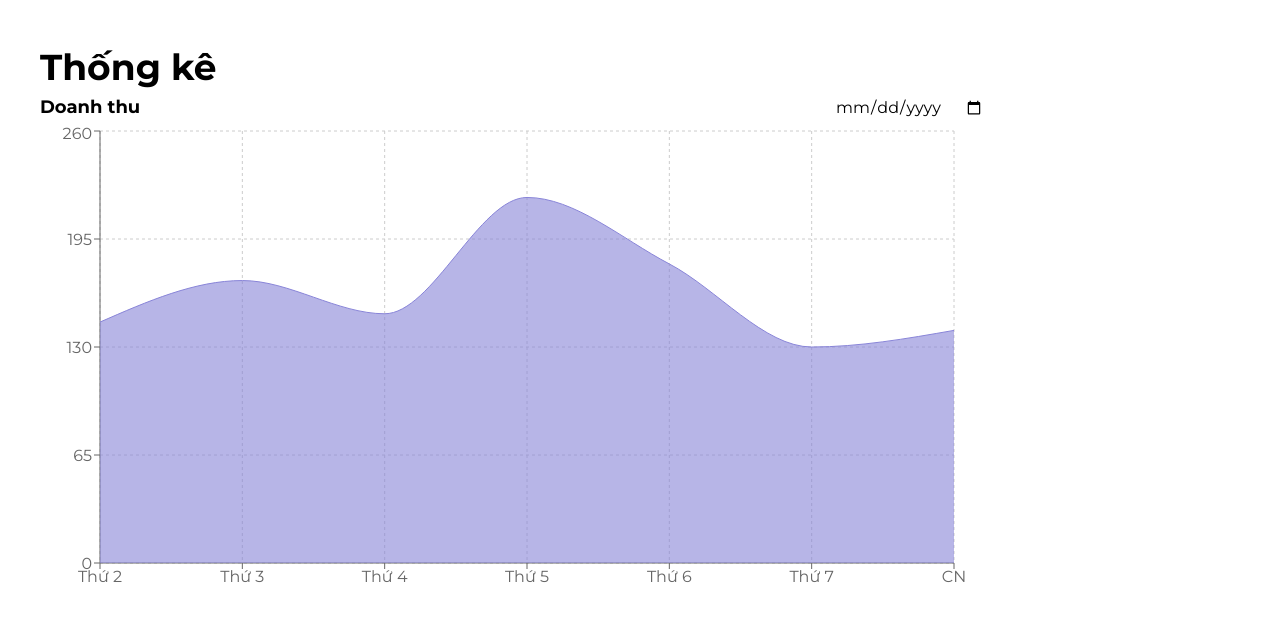
Repository: iphoneboy46/AltaMediaCMS
Page: /
These files come from the project's save history. The page is drawn as it stood at one moment and after the next save; the edit follows.
The browser window is 1280 px wide. The pictures show the whole page.
Some web libraries are served in a nearby version. The project was rebuilt for these pictures with package versions that can differ from the ones it lists, and the page was loaded fresh each time.

Above is the page before, as saved 2023-03-26 22:12:44.

### public/index.html
<!DOCTYPE html>
<html lang="en">
  <head>
    <meta charset="utf-8" />
    <link rel="icon" href="%PUBLIC_URL%/favicon.ico" />
    <meta name="viewport" content="width=device-width, initial-scale=1" />
    <meta name="theme-color" content="#000000" />
    <meta
      name="description"
      content="Web site created using create-react-app"
    />
    <link rel="apple-touch-icon" href="%PUBLIC_URL%/logo192.png" />
    <!--
      manifest.json provides metadata used when your web app is installed on a
      user's mobile device or desktop. See https://developers.google.com/web/fundamentals/web-app-manifest/
    -->
    <link rel="manifest" href="%PUBLIC_URL%/manifest.json" />
    <!--
      Notice the use of %PUBLIC_URL% in the tags above.
      It will be replaced with the URL of the `public` folder during the build.
      Only files inside the `public` folder can be referenced from the HTML.

      Unlike "/favicon.ico" or "favicon.ico", "%PUBLIC_URL%/favicon.ico" will
      work correctly both with client-side routing and a non-root public URL.
      Learn how to configure a non-root public URL by running `npm run build`.
    -->
    <link rel="stylesheet" href="https://cdnjs.cloudflare.com/ajax/libs/font-awesome/6.3.0/css/all.min.css" integrity="sha512-SzlrxWUlpfuzQ+pcUCosxcglQRNAq/DZjVsC0lE40xsADsfeQoEypE+enwcOiGjk/bSuGGKHEyjSoQ1zVisanQ==" crossorigin="anonymous" referrerpolicy="no-referrer" />
    <title>React App</title>
  </head>
  <body>
    <noscript>You need to enable JavaScript to run this app.</noscript>
    <div id="root"></div>
    <!--
      This HTML file is a template.
      If you open it directly in the browser, you will see an empty page.

      You can add webfonts, meta tags, or analytics to this file.
      The build step will place the bundled scripts into the <body> tag.

      To begin the development, run `npm start` or `yarn start`.
      To create a production bundle, use `npm run build` or `yarn build`.
    -->
  </body>
</html>

### src/App.tsx

import './App.css';
import Home from './components/Home/Home';
import MenuBar from './components/Menu/MenuBar';

function App() {
  return (
    <div className="App">
      {/* <MenuBar /> */}
      <Home />
    </div>
  );
}

export default App;

### src/App.css
@import url('https://fonts.googleapis.com/css2?family=Montserrat:wght@300;400;500;700&display=swap');

*{
  margin: 0;
  padding: 0;
  box-sizing: border-box;
  font-family: 'Montserrat', sans-serif;
}

### src/components/Home/Home.tsx
import React from 'react'
import Charts from '../Charts/Charts'

function Home() {
  return (
    <div className="w-[80%] bg-[white] p-10">
        <div className="">
            <h1 className="text-[black] text-[36px] font-[700]">Thống kê</h1>
        </div>
        <div className="flex items-center justify-between">
           <div> <h2 className="text-[black] text-[18px] font-[600]">Doanh thu</h2></div>
           <div>
             <input className="" type="date" value="" />
           </div>
        </div>
        <Charts />
    </div>
  )
}

export default Home

### src/components/Charts/Charts.tsx
import React from "react";
import {
  AreaChart,
  Area,
  XAxis,
  YAxis,
  CartesianGrid,
  Tooltip,
  ResponsiveContainer,
} from "recharts";
function Charts() {
  const data = [
    {

      name: "Thứ 2",

      uv: 145,

    },
    {
      name: "Thứ 3",
      uv: 170,

    },
    {
      name: "Thứ 4",
      uv: 150,

    },
    {
      name: "Thứ 5",
      uv: 220,

    },
    {
      name: "Thứ 6",
      uv: 180,

    },
    {
      name: "Thứ 7",
      uv: 130,

    },
    {
      name: "CN",
      uv: 140,

    },
  ];

  return (
    <div className="w-[100%] h-[100%] bg-yellowMain">
      <ResponsiveContainer width="100%" aspect={2}>
        <AreaChart
          width={500}
          height={400}
          data={data}
          margin={{
            top: 10,
            right: 30,
            left: 0,
            bottom: 0,
          }}
        >
          <CartesianGrid strokeDasharray="3 3" />
          <XAxis dataKey="name" />
          <YAxis dataKey="label" type="number" domain={[0, 260]} />
          <Tooltip />
          <Area
            type="monotone"
            dataKey="uv"
            stackId="1"
            stroke="#8884d8"
            fill="#8884d8"
          />
        </AreaChart>
      </ResponsiveContainer>
    </div>
  );
}

export default Charts;

### tailwind.config.js

module.exports = {
  content: [
    "./src/**/*.{js,jsx,ts,tsx}",
    ],
  theme: {
    extend: {},
    colors:{
        'yellowMain':"#FFB800",
         'background' :"#E5E5E5"

    }
  },
  plugins: [],
}

Loaded but not shown: src/index.tsx (common file); src/index.css (common file); src/reportWebVitals.ts (common file)

After the next save:
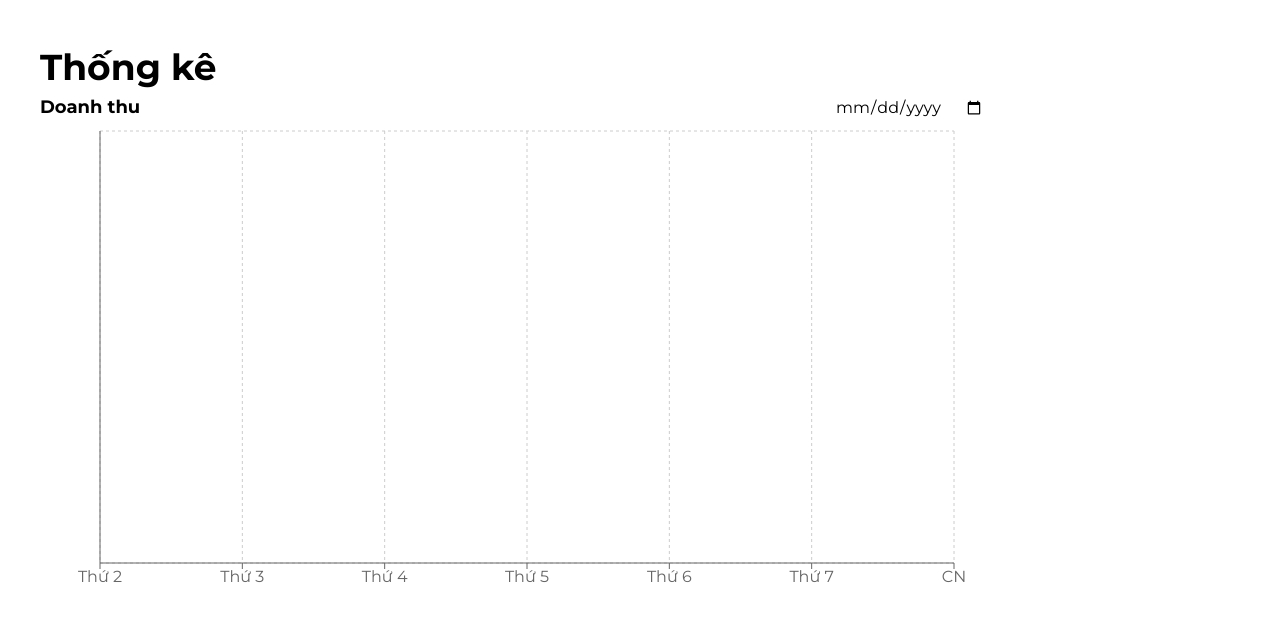
Saved 40 s later.
--- a/src/components/Charts/Charts.tsx
+++ b/src/components/Charts/Charts.tsx
@@ -65,7 +65,7 @@
         >
           <CartesianGrid strokeDasharray="3 3" />
           <XAxis dataKey="name" />
-          <YAxis dataKey="label" type="number" domain={[0, 260]} />
+          <YAxis dataKey="label" type="number" domain={[0 , 140, 260]} />
           <Tooltip />
           <Area
             type="monotone"

After the save that followed:
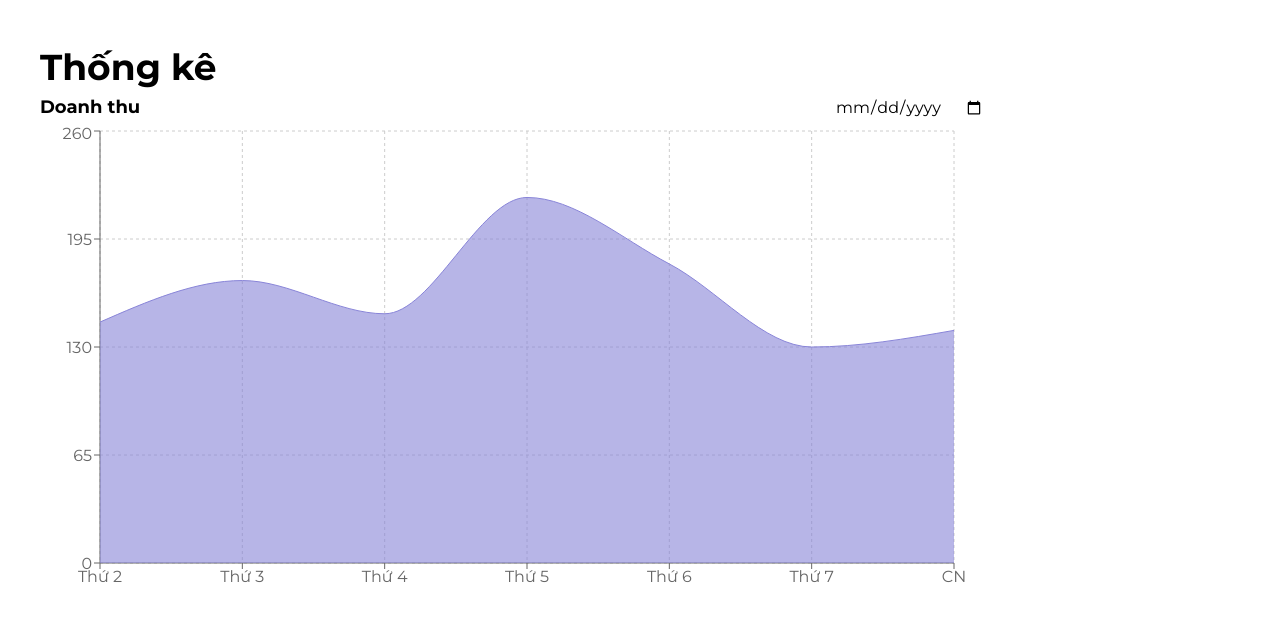
Saved 11 s later.
--- a/src/components/Charts/Charts.tsx
+++ b/src/components/Charts/Charts.tsx
@@ -65,7 +65,7 @@
         >
           <CartesianGrid strokeDasharray="3 3" />
           <XAxis dataKey="name" />
-          <YAxis dataKey="label" type="number" domain={[0 , 140, 260]} />
+          <YAxis dataKey="label" type="number" domain={[140, 260]} />
           <Tooltip />
           <Area
             type="monotone"
